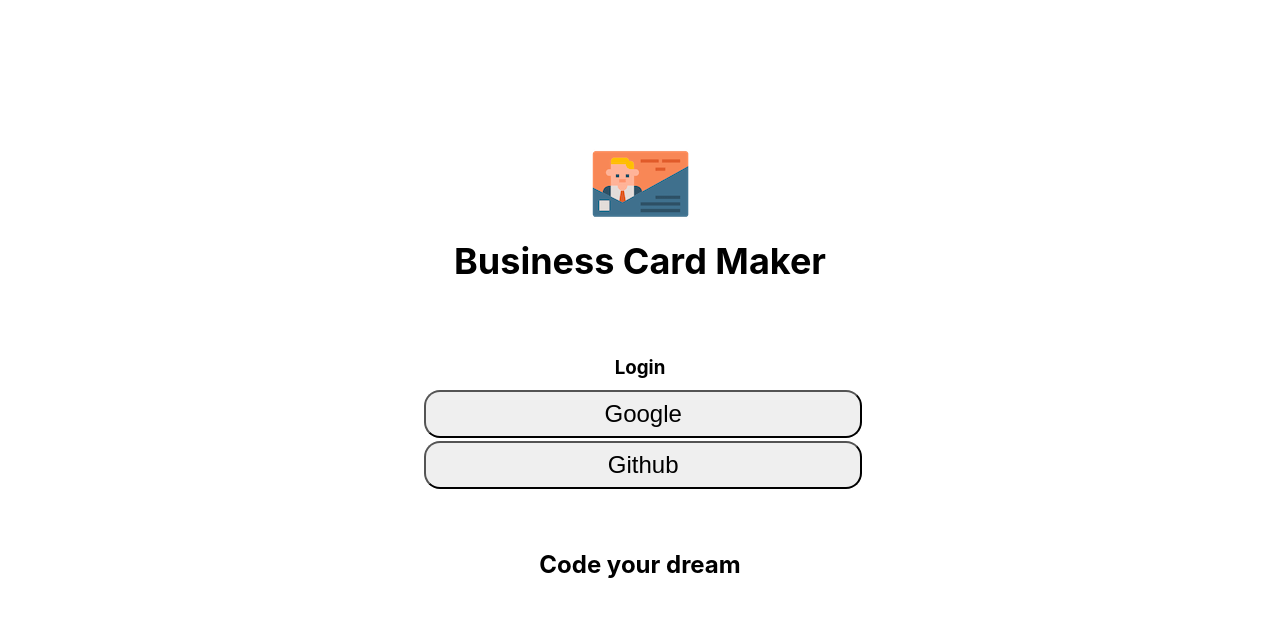
Repository: gomgomigom/firebase_practice_card_maker
Page: /
An editor plug-in stored every save of this project. The page is shown before and after the next save, followed by the edit.
The browser window is 1280 px wide. The pictures show the whole page.
The project was rebuilt for these pictures with package versions that can differ from the ones it lists, and the page was loaded fresh each time. Some packages were replaced by stand-ins written for this rebuild. Settings that the repository does not hold, such as keys and server addresses, were given made-up values.

Above is the page before, as saved 2022-01-21 14:37:25.

### public/index.html
<!DOCTYPE html>
<html lang="en">
  <head>
    <meta charset="utf-8" />
    <link rel="icon" href="./images/logo.png" />
    <meta name="viewport" content="width=device-width, initial-scale=1" />
    <meta name="theme-color" content="#000000" />
    <meta
      name="description"
      content="Web site created using create-react-app"
    />
    <title>Card-Maker</title>
  </head>
  <body>
    <noscript>You need to enable JavaScript to run this app.</noscript>
    <div id="root"></div>
  </body>
</html>

### src/index.js
import React from 'react';
import ReactDOM from 'react-dom';
import './index.module.css';
import App from './app';
import AuthService from './service/auth_service';

const authService = new AuthService();
ReactDOM.render(
  <React.StrictMode>
    <App authService={authService} />
  </React.StrictMode>,
  document.getElementById('root')
);

### src/app.js
import styles from './app.module.css';
import Login from './components/login/login';

function App({ authService }) {
  return (
    <div className={styles.container}>
      <Login authService={authService} />
    </div>
  );
}

export default App;

### src/service/auth_service.js
import firebase from 'firebase';
import firebaseApp from './firebase';

class AuthService {
  login(providerName) {
    const authProvider = new firebase.auth[`${providerName}AuthProvider`]();
    return firebaseApp.auth().signInWithPopup(authProvider);
  }
}
export default AuthService;

### src/app.module.css
@value makerGrey from './common/colors.css';

.container {
  width: 100%;
  height: 100vh;
  display: flex;
  justify-content: center;
  align-items: center;
  background-color: makerGrey;
}

### src/components/login/login.jsx
import React from 'react';
import Footer from '../footer/footer';
import Header from '../header/header';
import styles from './login.module.css';

const Login = ({ authService }) => {
  const onLogin = (event) => {
    authService //
      .login(event.currentTarget.textContent)
      .then(console.log);
  };

  return (
    <section className={styles.login}>
      <Header />
      <section className={styles.loginList}>
        <h1 className={styles.title}>Login</h1>
        <ul>
          <li>
            <button className={styles.button} onClick={onLogin}>
              Google
            </button>
          </li>
          <li>
            <button className={styles.button} onClick={onLogin}>
              Github
            </button>
          </li>
        </ul>
      </section>
      <Footer />
    </section>
  );
};

export default Login;

### src/service/firebase.js
import firebase from 'firebase';

const firebaseConfig = {
  apiKey: process.env.REACT_APP_FIREBASE_API_KEY,
  authDomain: process.env.REACT_APP_FIREBASE_AUTH_DOMAIN,
  projectId: process.env.REACT_APP_FIREBASE_PROJECT_ID,
  storageBucket: process.env.REACT_APP_FIREBASE_STORAGE_BUCKET,
};

const firebaseApp = firebase.initializeApp(firebaseConfig);

export default firebaseApp;

### src/components/footer/footer.jsx
import React from 'react';
import styles from './footer.module.css';

const Footer = (props) => {
  return (
    <footer className={styles.footer}>
      <h1 className={styles.title}>Code your dream</h1>
    </footer>
  );
};
export default Footer;

### src/components/header/header.jsx
import React from 'react';
import styles from './header.module.css';

const Header = ({ onLogout }) => {
  return (
    <header className={styles.header}>
      {onLogout && (
        <button className={styles.logout} onClick={onLogout}>
          Logout
        </button>
      )}
      <img className={styles.logo} src='/images/logo.png' alt='logo' />
      <h1 className={styles.title}>Business Card Maker</h1>
    </header>
  );
};

export default Header;

### src/components/login/login.module.css
@value makerGrey from '../../common/colors.css';
@value makerWhite from '../../common/colors.css';
@value makerGreen from '../../common/colors.css';

.login {
  display: flex;
  flex-direction: column;
  align-items: center;
  justify-content: center;
  background-color: makerGrey;
  padding: 1rem;
}

.loginList {
  width: 100%;
  height: 14rem;
  padding: 0 3rem;
  flex-direction: column;
  display: flex;
  align-items: center;
  justify-content: center;
  background-color: makerWhite;
}

li {
  list-style: none;
  display: block;
}

ul {
  width: 90%;
  margin: 0;
  padding: 0;
}

.title {
  margin: 0.5rem;
}

.button {
  display: block;
  border: 2px solid makerGreen;
  border-radius: 1rem;
  width: 100%;
  font-size: 1.5rem;
  padding: 0.5rem;
  margin: 0.2rem;
  cursor: pointer;
}

### src/components/footer/footer.module.css
@value makerGreen from '../../common/colors.css';
@value makerWhite from '../../common/colors.css';

.footer {
  height: 4rem;
  width: 100%;
  display: flex;
  align-items: center;
  justify-content: center;
  background-color: makerGreen;
}

.title {
  font-size: 1.5rem;
  color: makerWhite;
}

### src/components/header/header.module.css
@value makerBlack from '../../common/colors.css';
@value makerGreen from '../../common/colors.css';
@value makerWhite from '../../common/colors.css';
@value makerWheat from '../../common/colors.css';

.header {
  width: 100%;
  display: flex;
  flex-wrap: wrap;
  flex-direction: column;
  justify-content: center;
  align-items: center;
  font-size: 1.5rem;
  background-color: makerGreen;
  position: relative;
  padding: 1rem 3rem;
}

.logo {
  margin: 0.6rem;
}

.title {
  color: makerWhite;
  margin: 0.6rem;
}

.logout {
  position: absolute;
  top: 1rem;
  right: 3rem;
  cursor: pointer;
  padding: 0.5rem;
  border-radius: 20%;
  background-color: makerBlack;
  color: makerWhite;
  outline: 0;
  border: 0;
}

Loaded but not shown: src/index.module.css (common file)

After the next save:
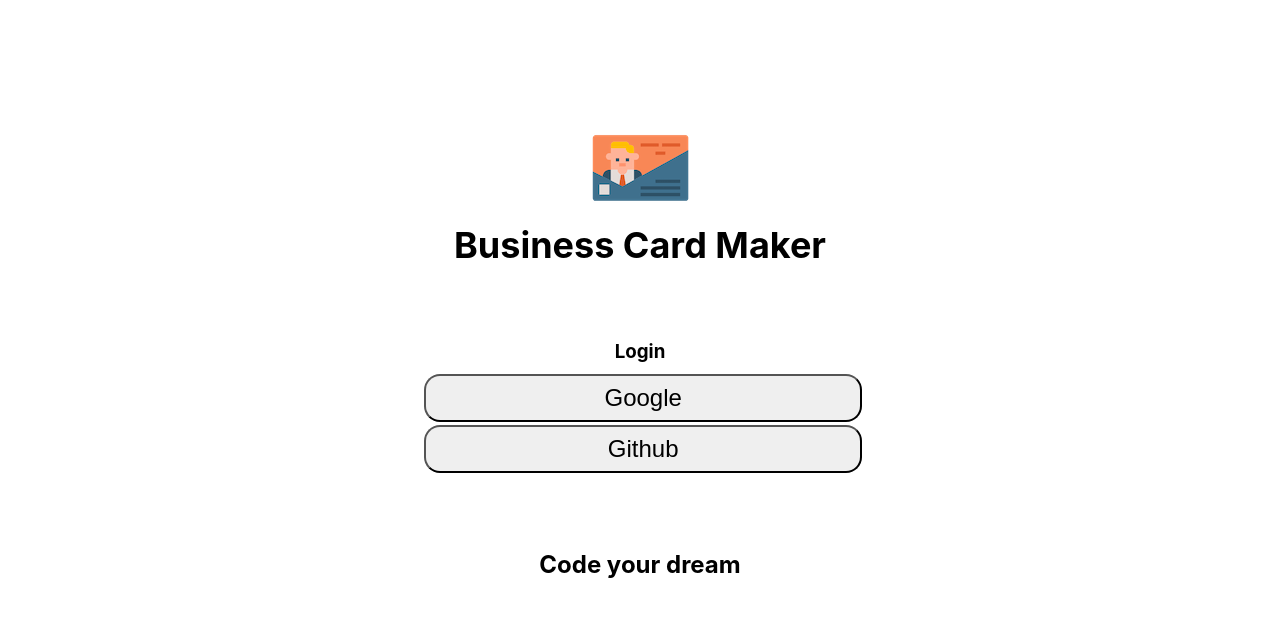
Saved 20 s later.
--- a/src/components/footer/footer.module.css
+++ b/src/components/footer/footer.module.css
@@ -8,6 +8,7 @@
   align-items: center;
   justify-content: center;
   background-color: makerGreen;
+  padding: 1rem 3rem;
 }
 
 .title {
